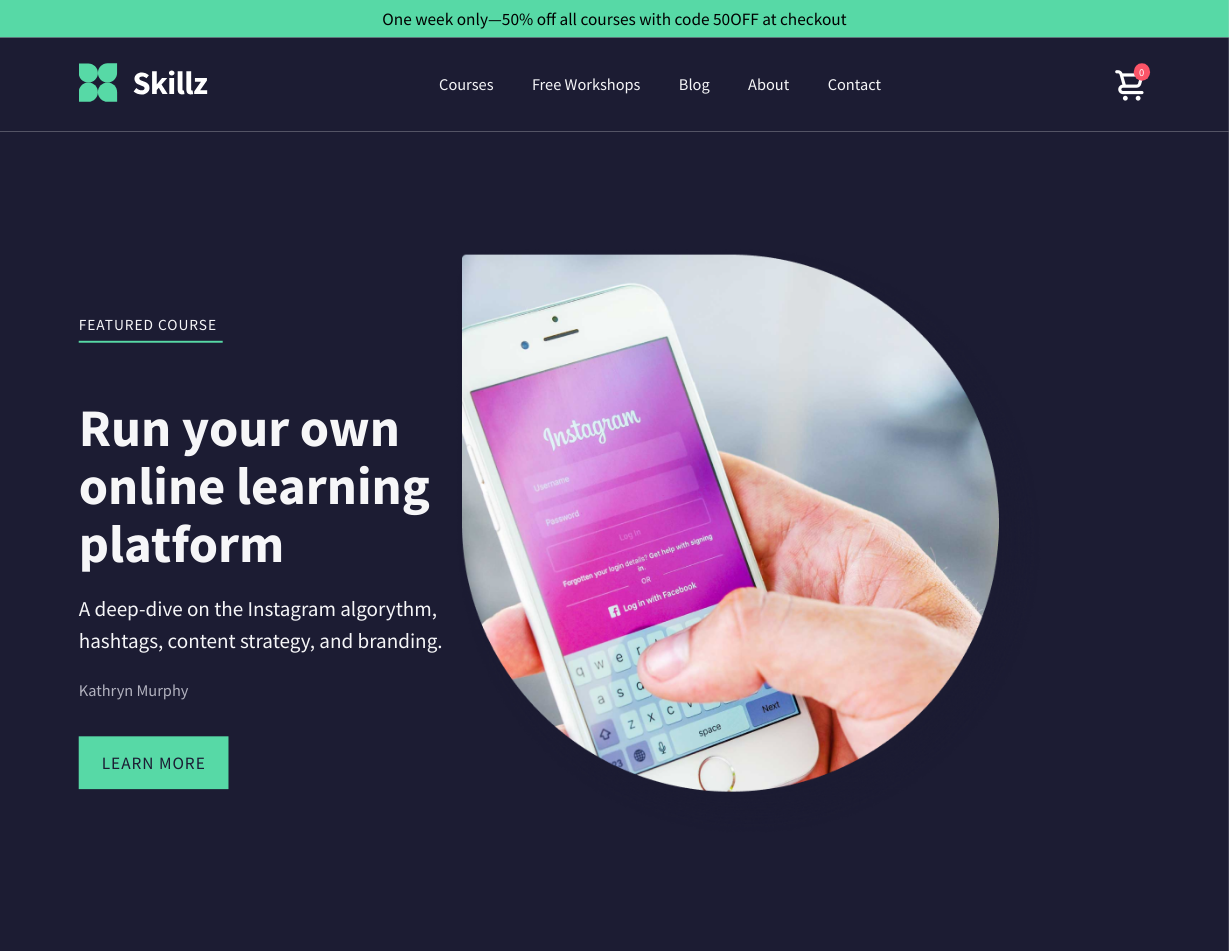
Repository: saidabbasun/skillz
Page: /
The author's editor kept a copy of each file at every save. The page is drawn from the files as they stood at one save, then again after the next save.
The browser window is 1280 px wide. The pictures show the whole page, at 96% of full size.
The project was rebuilt for these pictures with package versions that can differ from the ones it lists, and the page was loaded fresh each time.

Above is the page before, as saved 2022-06-13 04:29:11.

After the next save:
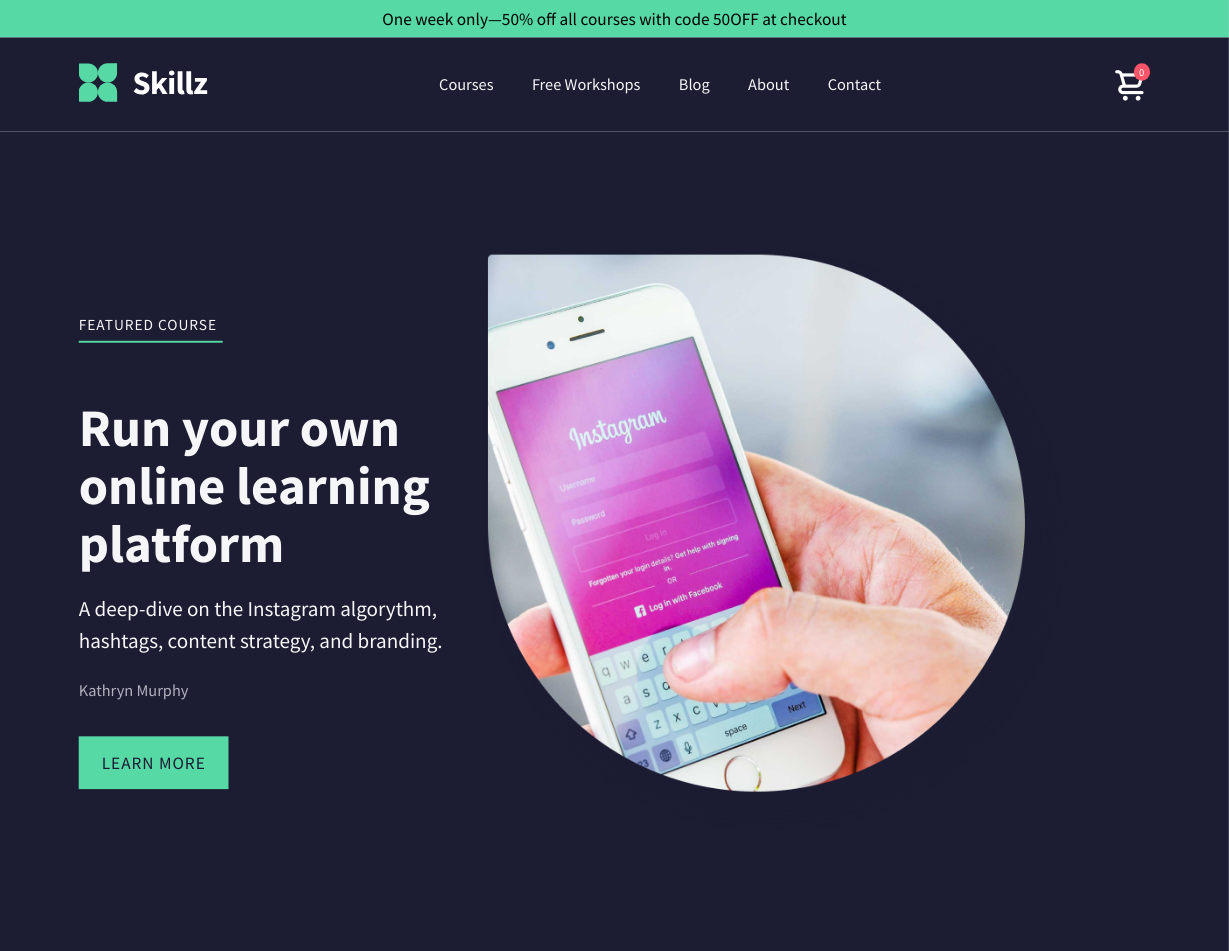
Saved 8 s later.
--- a/src/styles/Home.scss
+++ b/src/styles/Home.scss
@@ -59,7 +59,7 @@
 
 .bgRectangle{
     position: relative;
-    margin: o auto;
+    margin: 0 auto;
     width: 614px;
     height: 614px;
     border-radius: 50%;
